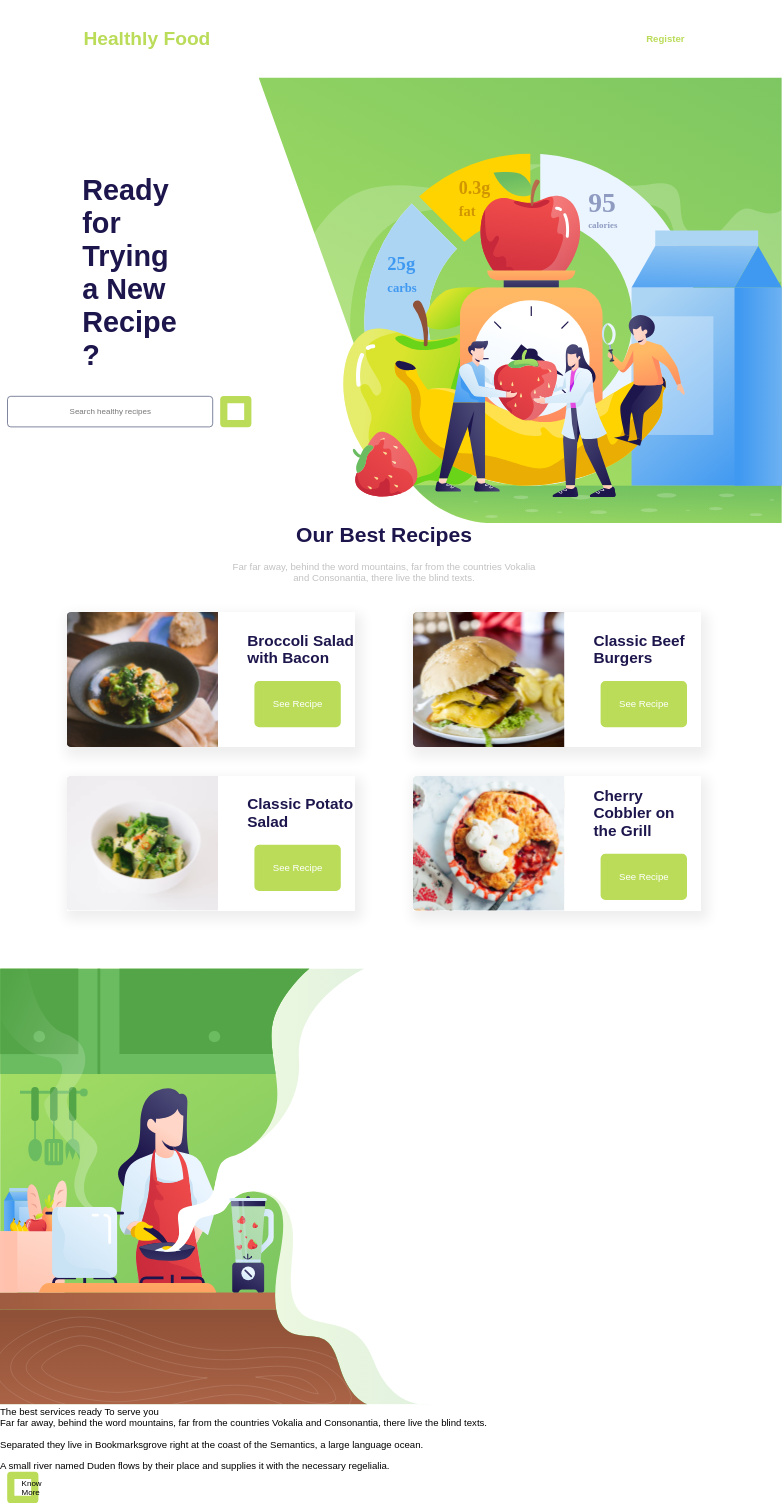
Repository: LuccaCasalecchi/HealthyFood
Page: /
The author's editor kept a copy of each file at every save. The page is drawn from the files as they stood at one save, then again after the next save.
The browser window is 1280 px wide. The page is 1303 px wide, so the pictures cover 1303 px, including what lies to the right of the window. The pictures show the whole page, at 60% of full size.
The project was rebuilt for these pictures with package versions that can differ from the ones it lists, and the page was loaded fresh each time.

Above is the page before, as saved 2021-08-18 21:00:12.

After the next save:
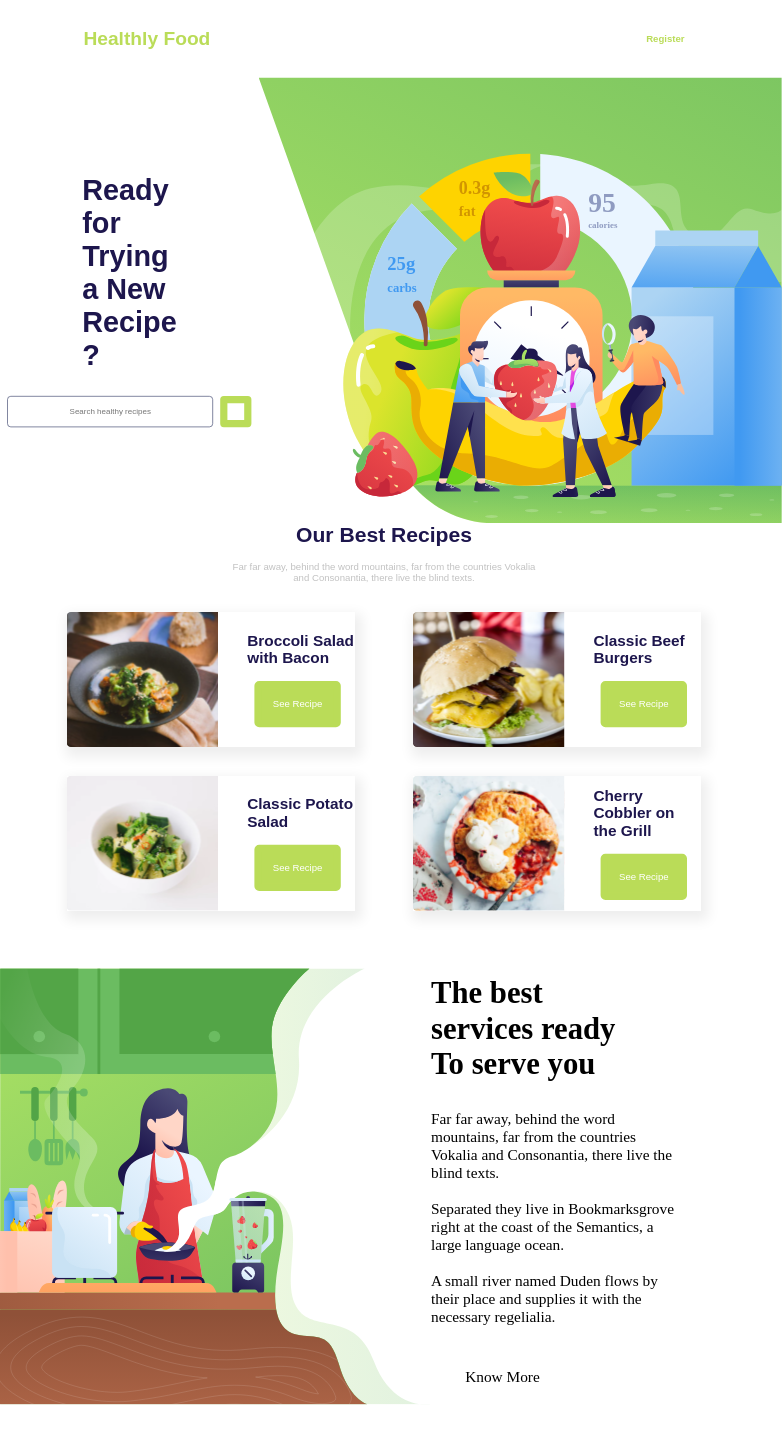
Saved 30 s later.
--- a/src/components/Serivces/Services.jsx
+++ b/src/components/Serivces/Services.jsx
@@ -1,5 +1,6 @@
 import React from 'react'
 import blocoServices from '../../images/bloco_services.svg'
+import './Services.css'
 export default function Services() {
   return (
     <div>
